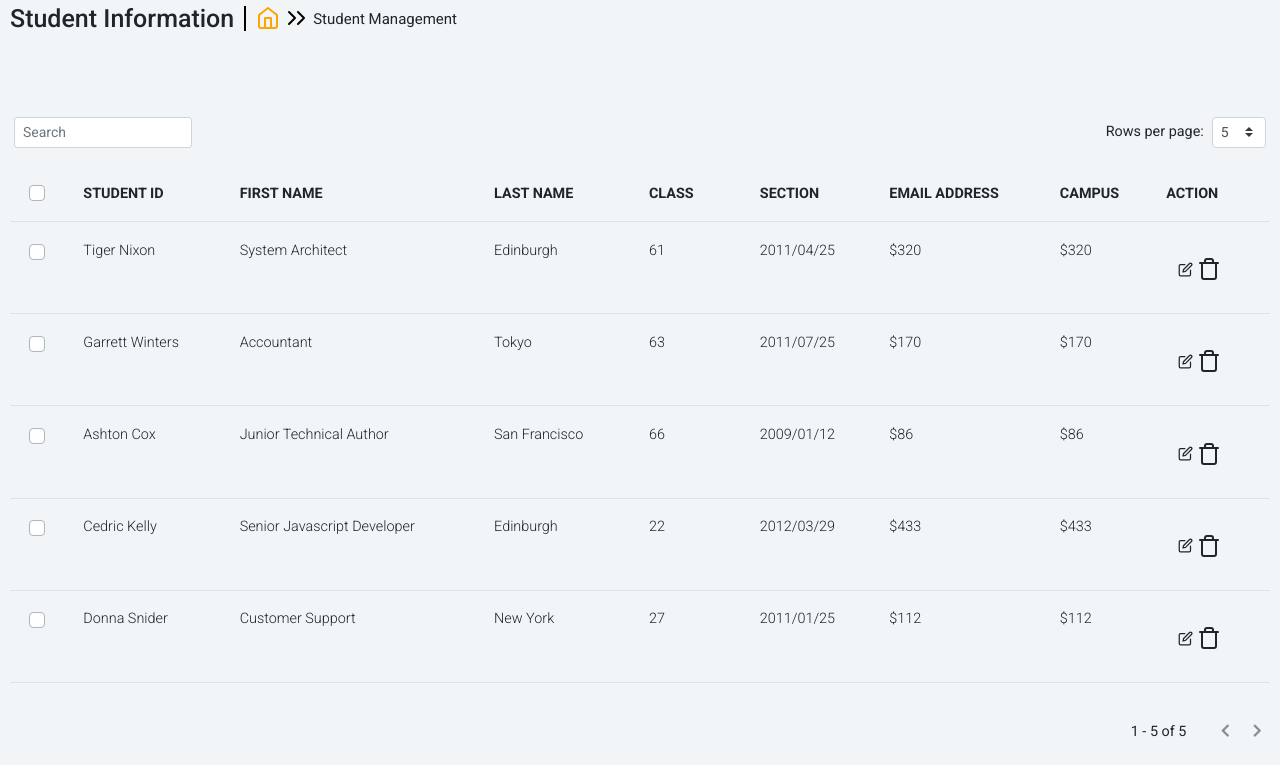
Repository: deepakrajput1998/hestabit_assignment
Page: /
The author's editor kept a copy of each file at every save. The page is drawn from the files as they stood at one save, then again after the next save.
The browser window is 1280 px wide. The page is 1285 px wide, so the pictures cover 1285 px, including what lies to the right of the window. The pictures show the whole page.
The project was rebuilt for these pictures with package versions that can differ from the ones it lists, and the page was loaded fresh each time.

Above is the page before, as saved 2021-07-25 03:39:02.

After the next save:
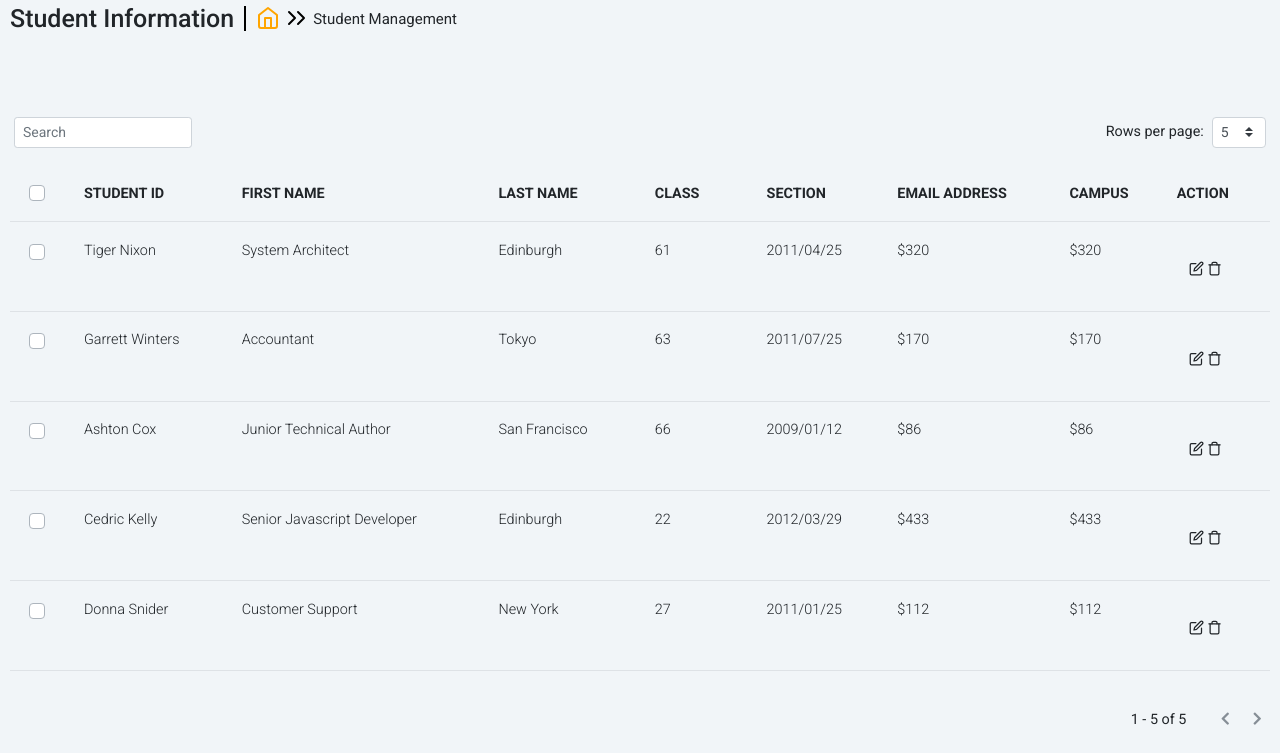
Saved 14 s later.
--- a/src/Component/Common/DataTable/DataTable.js
+++ b/src/Component/Common/DataTable/DataTable.js
@@ -65,7 +65,7 @@ export default function DataTable() {
         campus: "$320",
         action: (
           <td>
-            <Edit size={15}/> <Trash />
+            <Edit size={15}/> <Trash size={15} />
           </td>
         ),
       },
@@ -79,7 +79,7 @@ export default function DataTable() {
         campus: "$170",
         action: (
           <td>
-            <Edit size={15}/> <Trash />
+            <Edit size={15}/> <Trash size={15} />
           </td>
         ),
       },
@@ -93,7 +93,7 @@ export default function DataTable() {
         campus: "$86",
         action: (
           <td>
-            <Edit size={15}/> <Trash />
+            <Edit size={15}/> <Trash size={15} />
           </td>
         ),
       },
@@ -107,7 +107,7 @@ export default function DataTable() {
         campus: "$433",
         action: (
           <td>
-            <Edit size={15}/> <Trash />
+            <Edit size={15}/> <Trash size={15} />
           </td>
         ),
       },
@@ -122,7 +122,7 @@ export default function DataTable() {
         campus: "$112",
         action: (
           <td>
-            <Edit size={15}/> <Trash />
+            <Edit size={15}/> <Trash size={15} />
           </td>
         ),
       },
